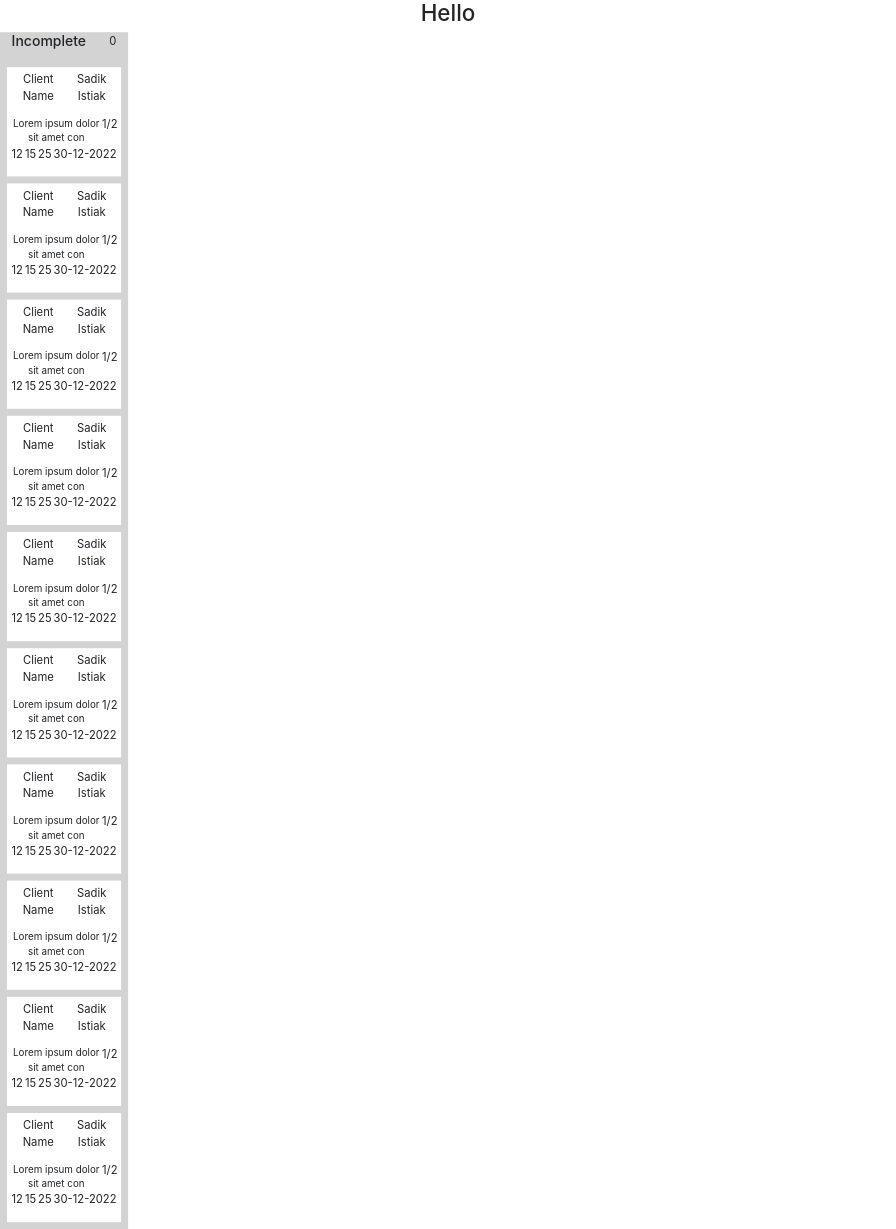
Repository: Sharif-00112/dashboard-task-frontend
Page: /
These files come from the project's save history. The page is drawn as it stood at one moment and after the next save; the edit follows.
The browser window is 1280 px wide. The pictures show the part of the page from y = 0 to 1920 px (the page is 1756 px tall before and 5176 px after), at 70% of full size.
The project was rebuilt for these pictures with package versions that can differ from the ones it lists, and the page was loaded fresh each time.

Above is the page before, as saved 2023-01-27 23:53:53.

### src/index.js
import React from 'react';
import 'bootstrap/dist/css/bootstrap.css';
import ReactDOM from 'react-dom/client';
import './index.css';
import App from './App';
import reportWebVitals from './reportWebVitals';

const root = ReactDOM.createRoot(document.getElementById('root'));
root.render(
  <React.StrictMode>
    <App />
  </React.StrictMode>
);

// If you want to start measuring performance in your app, pass a function
// to log results (for example: reportWebVitals(console.log))
// or send to an analytics endpoint. Learn more: https://bit.ly/CRA-vitals
reportWebVitals();

### src/App.js
import './App.css';
import Dashboard from './Components/Dashboard';

function App() {
  return (
    <div className="App">

      <h2>Hello</h2>
      <Dashboard></Dashboard>
    </div>
  );
}

export default App;

### src/Components/Dashboard.js
import React from 'react';
import Incomplete from './Incomplete';

const Dashboard = () => {
    return (
        <div className='dashboard'>
            <Incomplete></Incomplete>
        </div>
    );
};

export default Dashboard;

### src/Components/Incomplete.js
import React, { useState } from 'react';
import { useEffect } from 'react';
import './styles.css';
import Task from './Task';

const Incomplete = () => {
    const [tasks, setTasks] = useState([]);
    useEffect( ()=> {
        fetch('./tasks.JSON')
        .then(res => res.json())
        .then(data => setTasks(data))
    } ,[])
    return (
        <div className='background'>
            <div className="task-part">
                <h5>Incomplete</h5>
                <p>0</p>
            </div>
            <div className="section-container">
                <div className="task-container">
                    {
                        tasks.map(task => <Task
                            key={task.taskNo}
                            task={task}
                        ></Task>)
                    }
                </div>
            </div>
        </div>
    );
};

export default Incomplete;

### src/Components/styles.css
.background{
    background-color: lightgray;
}

.task-part{
    display: flex;
    justify-content: space-around
}

.task{
    background-color: white;
    margin: 10px;
    padding: 5px;
}

.dashboard{
    display: grid;
    grid-template-columns: 1fr 6fr;
}

### src/Components/Task.js
import React from 'react';
import './styles.css';

const Task = (props) => {
    const {clientName, clientImg, supervisorName, supervisorImg, taskSummary, progress, staff1Img, staff2Img, modules, message, attachment, date} = props.task;
    return (
        <div className='task'>
            <div className="task-part">
                <p>{clientName}</p>
                <p>{supervisorName}</p>
            </div>
            <div className="task-part">
                <small>{taskSummary.substring(0,30)}</small>
                <p>{progress}</p>
            </div>
            <div className="task-part">
                <p>{modules}</p>
                <p>{message}</p>
                <p>{attachment}</p>
                <p>{date}</p>
            </div>
        </div>
    );
};

export default Task;

### public/tasks.JSON
[
  {
    "taskNo": 1,
    "clientName": "Client Name",
    "clientImg": "clientIMG.jpg",
    "supervisorName": "Sadik Istiak",
    "supervisorImg": "supervisorIMG.jpg",
    "taskSummary": "Lorem ipsum dolor sit amet consectetur adipisicing elit. Pariatur velit nemo accusamus. Dolorum, doloribus quisquam unde repellat iusto voluptatum quasi?",
    "progress": "1/2",
    "staff1Img": "staff1.jpg",
    "staff2Img": "staff2.jpg",
    "modules": 12,
    "message": 15,
    "attachment": 25,
    "date": "30-12-2022"
  },
  {
    "taskNo": 2,
    "clientName": "Client Name",
    "clientImg": "clientIMG.jpg",
    "supervisorName": "Sadik Istiak",
    "supervisorImg": "supervisorIMG.jpg",
    "taskSummary": "Lorem ipsum dolor sit amet consectetur adipisicing elit. Pariatur velit nemo accusamus. Dolorum, doloribus quisquam unde repellat iusto voluptatum quasi?",
    "progress": "1/2",
    "staff1Img": "staff1.jpg",
    "staff2Img": "staff2.jpg",
    "modules": 12,
    "message": 15,
    "attachment": 25,
    "date": "30-12-2022"
  },
  {
    "taskNo": 3,
    "clientName": "Client Name",
    "clientImg": "clientIMG.jpg",
    "supervisorName": "Sadik Istiak",
    "supervisorImg": "supervisorIMG.jpg",
    "taskSummary": "Lorem ipsum dolor sit amet consectetur adipisicing elit. Pariatur velit nemo accusamus. Dolorum, doloribus quisquam unde repellat iusto voluptatum quasi?",
    "progress": "1/2",
    "staff1Img": "staff1.jpg",
    "staff2Img": "staff2.jpg",
    "modules": 12,
    "message": 15,
    "attachment": 25,
    "date": "30-12-2022"
  },
  {
    "taskNo": 4,
    "clientName": "Client Name",
    "clientImg": "clientIMG.jpg",
    "supervisorName": "Sadik Istiak",
    "supervisorImg": "supervisorIMG.jpg",
    "taskSummary": "Lorem ipsum dolor sit amet consectetur adipisicing elit. Pariatur velit nemo accusamus. Dolorum, doloribus quisquam unde repellat iusto voluptatum quasi?",
    "progress": "1/2",
    "staff1Img": "staff1.jpg",
    "staff2Img": "staff2.jpg",
    "modules": 12,
    "message": 15,
    "attachment": 25,
    "date": "30-12-2022"
  },
  {
    "taskNo": 5,
    "clientName": "Client Name",
    "clientImg": "clientIMG.jpg",
    "supervisorName": "Sadik Istiak",
    "supervisorImg": "supervisorIMG.jpg",
    "taskSummary": "Lorem ipsum dolor sit amet consectetur adipisicing elit. Pariatur velit nemo accusamus. Dolorum, doloribus quisquam unde repellat iusto voluptatum quasi?",
    "progress": "1/2",
    "staff1Img": "staff1.jpg",
    "staff2Img": "staff2.jpg",
    "modules": 12,
    "message": 15,
    "attachment": 25,
    "date": "30-12-2022"
  },
  {
    "taskNo": 6,
    "clientName": "Client Name",
    "clientImg": "clientIMG.jpg",
    "supervisorName": "Sadik Istiak",
    "supervisorImg": "supervisorIMG.jpg",
    "taskSummary": "Lorem ipsum dolor sit amet consectetur adipisicing elit. Pariatur velit nemo accusamus. Dolorum, doloribus quisquam unde repellat iusto voluptatum quasi?",
    "progress": "1/2",
    "staff1Img": "staff1.jpg",
    "staff2Img": "staff2.jpg",
    "modules": 12,
    "message": 15,
    "attachment": 25,
    "date": "30-12-2022"
  },
  {
    "taskNo": 7,
    "clientName": "Client Name",
    "clientImg": "clientIMG.jpg",
    "supervisorName": "Sadik Istiak",
    "supervisorImg": "supervisorIMG.jpg",
    "taskSummary": "Lorem ipsum dolor sit amet consectetur adipisicing elit. Pariatur velit nemo accusamus. Dolorum, doloribus quisquam unde repellat iusto voluptatum quasi?",
    "progress": "1/2",
    "staff1Img": "staff1.jpg",
    "staff2Img": "staff2.jpg",
    "modules": 12,
    "message": 15,
    "attachment": 25,
    "date": "30-12-2022"
  },
  {
    "taskNo": 8,
    "clientName": "Client Name",
    "clientImg": "clientIMG.jpg",
    "supervisorName": "Sadik Istiak",
    "supervisorImg": "supervisorIMG.jpg",
    "taskSummary": "Lorem ipsum dolor sit amet consectetur adipisicing elit. Pariatur velit nemo accusamus. Dolorum, doloribus quisquam unde repellat iusto voluptatum quasi?",
    "progress": "1/2",
    "staff1Img": "staff1.jpg",
    "staff2Img": "staff2.jpg",
    "modules": 12,
    "message": 15,
    "attachment": 25,
    "date": "30-12-2022"
  },
  {
    "taskNo": 9,
    "clientName": "Client Name",
    "clientImg": "clientIMG.jpg",
    "supervisorName": "Sadik Istiak",
    "supervisorImg": "supervisorIMG.jpg",
    "taskSummary": "Lorem ipsum dolor sit amet consectetur adipisicing elit. Pariatur velit nemo accusamus. Dolorum, doloribus quisquam unde repellat iusto voluptatum quasi?",
    "progress": "1/2",
    "staff1Img": "staff1.jpg",
    "staff2Img": "staff2.jpg",
    "modules": 12,
    "message": 15,
    "attachment": 25,
    "date": "30-12-2022"
  },
  {
    "taskNo": 10,
    "clientName": "Client Name",
    "clientImg": "clientIMG.jpg",
    "supervisorName": "Sadik Istiak",
    "supervisorImg": "supervisorIMG.jpg",
    "taskSummary": "Lorem ipsum dolor sit amet consectetur adipisicing elit. Pariatur velit nemo accusamus. Dolorum, doloribus quisquam unde repellat iusto voluptatum quasi?",
    "progress": "1/2",
    "staff1Img": "staff1.jpg",
    "staff2Img": "staff2.jpg",
    "modules": 12,
    "message": 15,
    "attachment": 25,
    "date": "30-12-2022"
  }
]

Loaded but not shown: public/index.html (common file); src/index.css (common file); src/reportWebVitals.js (common file); src/App.css (common file)

After the next save:
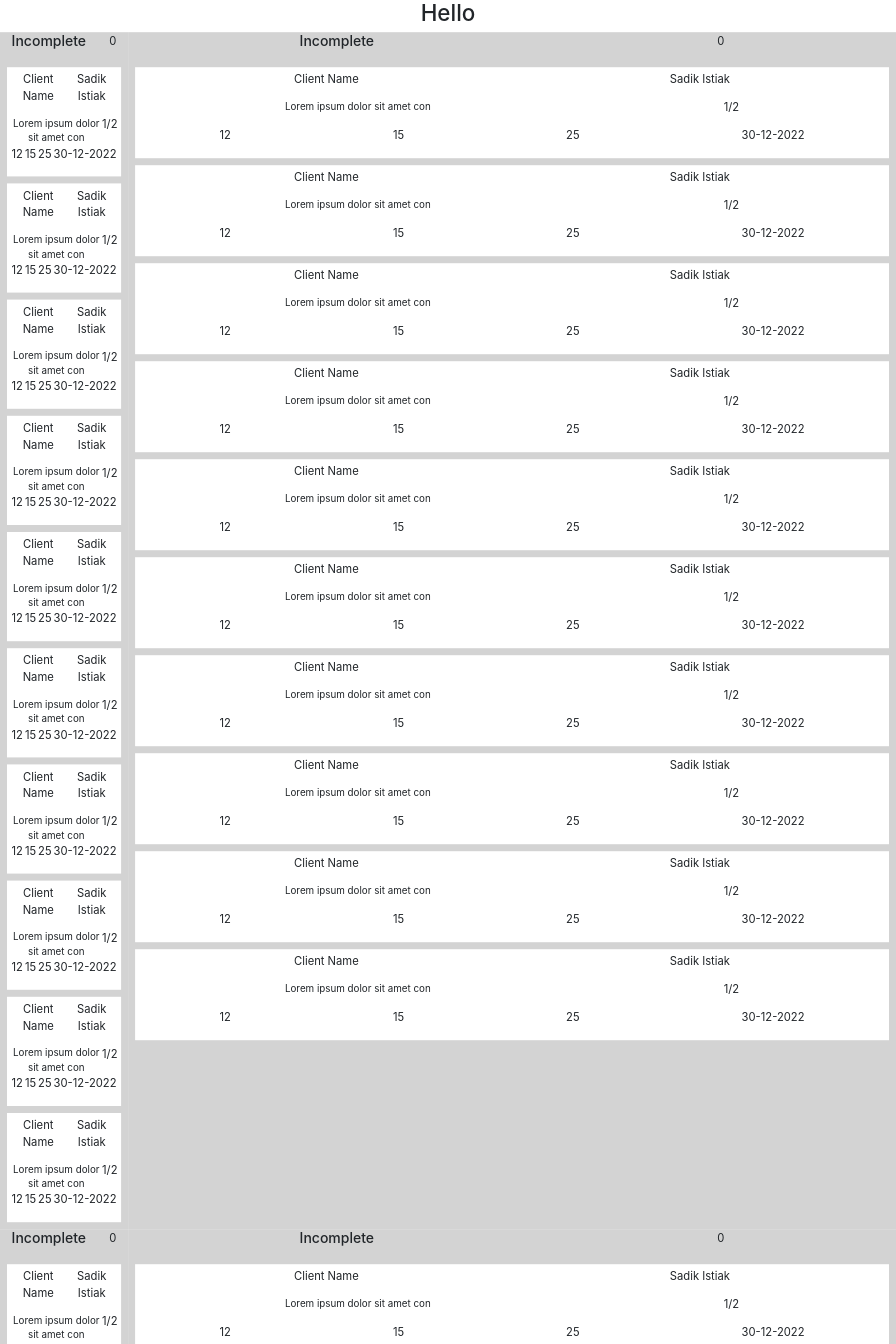
Saved 28 s later.
--- a/src/Components/Dashboard.js
+++ b/src/Components/Dashboard.js
@@ -5,6 +5,11 @@ const Dashboard = () => {
     return (
         <div className='dashboard'>
             <Incomplete></Incomplete>
+            <Incomplete></Incomplete>
+            <Incomplete></Incomplete>
+            <Incomplete></Incomplete>
+            <Incomplete></Incomplete>
+            <Incomplete></Incomplete>
         </div>
     );
 };
